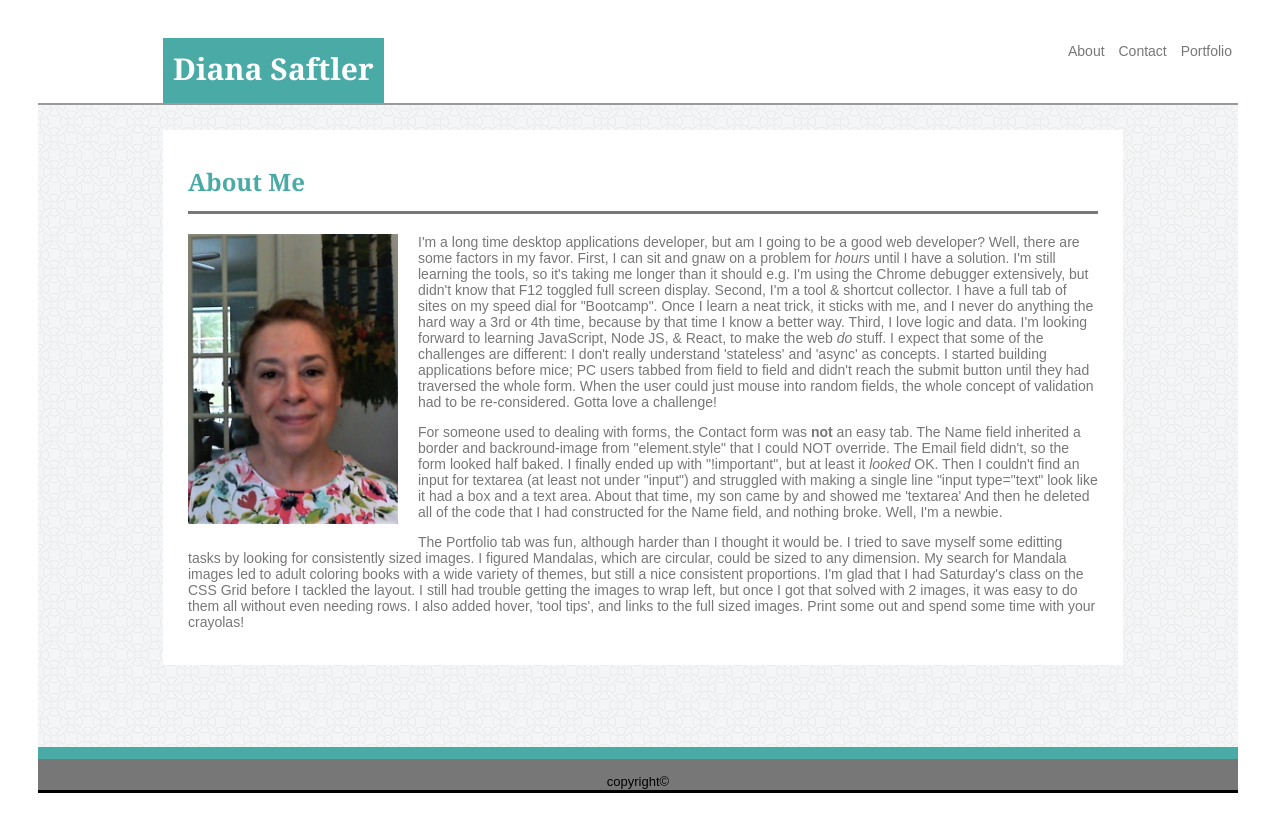
Repository: dsaftler/Bootstrap-Portfolio
Page: index.html
These files come from the project's save history. The page is drawn as it stood at one moment and after the next save; the edit follows.
The browser window is 1280 px wide. The pictures show the whole page.
An inner scrolling area shows only its first screen.

Above is the page before, as saved 2019-03-20 14:45:55.

After the next save:
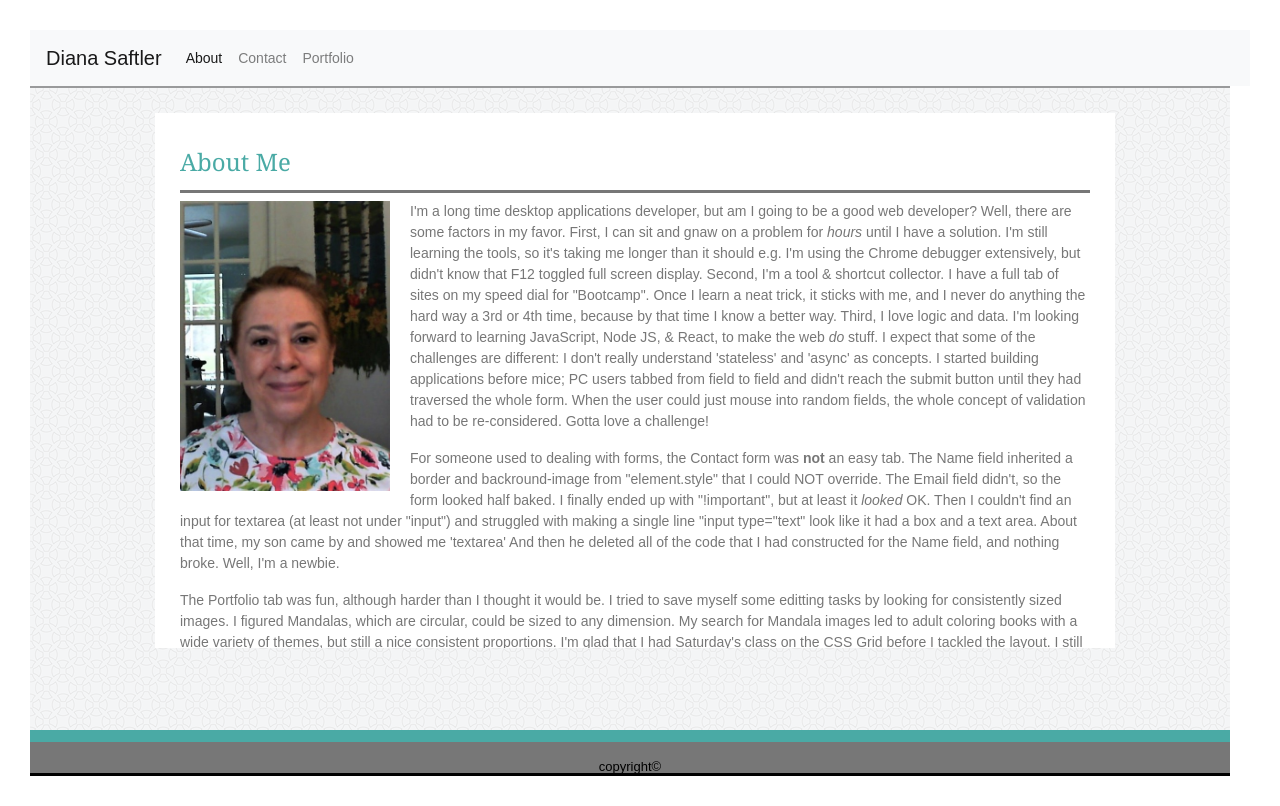
Saved 2 h 29 min later.
--- a/index.html
+++ b/index.html
@@ -1,22 +1,34 @@
 <!DOCTYPE html>
 <html lang="en">
 <head>
-    <title>Diana Saftler</title>
-    <!-- <link rel="stylesheet" href="assets/css/reset.css"> -->
+    <title>Diana Saftler Portfolio</title>
+    <meta name="viewport" content="width=device-width, initial-scale=1, shrink-to-fit=no">
+    <link rel="stylesheet" href="https://maxcdn.bootstrapcdn.com/bootstrap/4.0.0/css/bootstrap.min.css" integrity="sha384-Gn5384xqQ1aoWXA+058RXPxPg6fy4IWvTNh0E263XmFcJlSAwiGgFAW/dAiS6JXm" crossorigin="anonymous">
     <link rel="stylesheet" href="assets/css/style.css">
     <link rel="icon" href="assets/images/Peony.jpg" type="image/jpg" sizes="16x16">
     <meta charset="UTD-8">
 </head>
 <body>
 
-    <header>
-        <h1><span>Diana Saftler</span></h1>
-        <ul>
+  <nav class="navbar navbar-expand-lg navbar-light bg-light">
+    <a class="navbar-brand" href="#">Diana Saftler</a>
+    <div class="collapse navbar-collapse" id="navbarNavAltMarkup">
+      <div class="navbar-nav">
+        <a class="nav-item nav-link active"  href="index.html">About</a>
+        <a class="nav-item nav-link" href="contact.html">Contact</a>
+        <a class="nav-item nav-link" href="portfolio.html">Portfolio</a>
+      </div>
+    </div>
+  </nav>
+
+
+
+        <!-- <ul>
             <li><a href="index.html">About</a></li>
             <li><a href="contact.html">Contact</a></li>
             <li><a href="portfolio.html">Portfolio</a></li>
-        </ul>
-    </header>
+        </ul> -->
+
     <div class="bg-pattern">
         <div class="center-panel">
                 <h2>About Me</h2>
